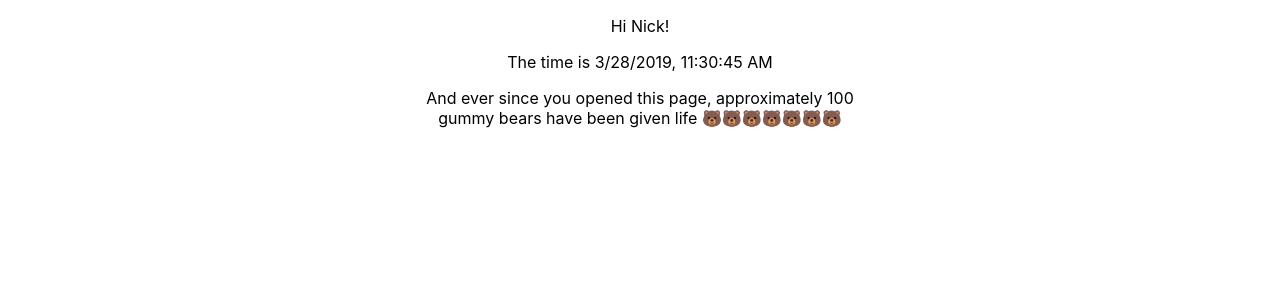
Repository: crispinonicky/gummy-facts
Page: /
These files come from the project's save history. The page is drawn as it stood at one moment and after the next save; the edit follows.
The browser window is 1280 px wide. The pictures show the whole page.
The project was rebuilt for these pictures with package versions that can differ from the ones it lists, and the page was loaded fresh each time.

Above is the page before, as saved 2019-03-28 14:09:01.

### src/App.js
import React, { Component } from 'react';
import './App.css';
import Clock from './components/Clock';
import Gummies from './components/Gummies';


class App extends Component {
  constructor(props){
    super(props)

    this.state = {
      name: "Nick"
    }

  }



  render() {
    return (
      <div className="App">


      <p>
        Hi {this.state.name}!
      </p>

        <Clock />
        <Gummies />


      </div>
    );
  }
}

export default App;

### src/components/Clock.js
import React, { Component } from "react";
import "../App.css";

let time = new Date().toLocaleString();
// let timeInt = parseInt(time).toString

class Clock extends React.Component {
  constructor(props) {

    super(props)
    this.state = {
      time: new Date().toLocaleString(),
    };
  }

  componentDidMount() {
    this.intervalID = setInterval(
      () => this.tick(),
      1000
    )
  }

  componentWillUnmount() {
    clearInterval(this.intervalID);
  }

  tick() {
    this.setState({
      time: new Date().toLocaleString()
    });
  }

  render() {
    return (
      <div>
      <p>
        The time is {this.state.time}
      </p>
      </div>
    );
  }
}

console.log(typeof time)



export default Clock;

### src/components/Gummies.js
const React = require('react')

class Gummies extends React.Component {
  constructor(props) {
    super(props);
    this.state = {
      seconds: 0,
      gummyRatio: 115.740740741
    };
  }

  tick() {
    this.setState(state => ({
      seconds: state.seconds + 1
    }));
  }

  componentDidMount() {
    this.interval = setInterval(() => this.tick(), 100);
  }

  componentWillUnmount() {
    clearInterval(this.interval);
  }


  render() {

    return (

      <div>
        <p>
        And ever since you opened this page, approximately {this.state.seconds * 2}
        <br/>
        gummy bears have been given life 🐻🐻🐻🐻🐻🐻🐻
        </p>
      </div>
    );
  }
}

export default Gummies;

Loaded but not shown: public/index.html (common file); src/index.js (common file); src/index.css (common file); src/serviceWorker.js (common file); src/App.css (common file)

After the next save:
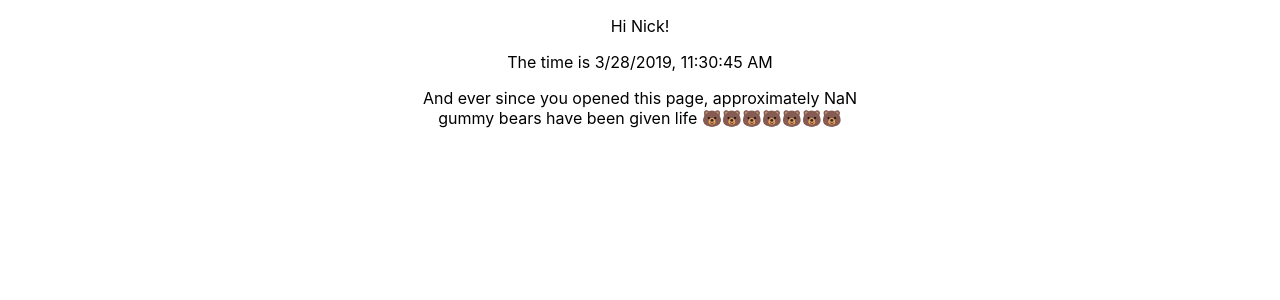
Saved 9 s later.
--- a/src/components/Gummies.js
+++ b/src/components/Gummies.js
@@ -30,7 +30,7 @@ class Gummies extends React.Component {
 
       <div>
         <p>
-        And ever since you opened this page, approximately {this.state.seconds * 2}
+        And ever since you opened this page, approximately {this.state.seconds * this.gummyRatio}
         <br/>
         gummy bears have been given life 🐻🐻🐻🐻🐻🐻🐻
         </p>
